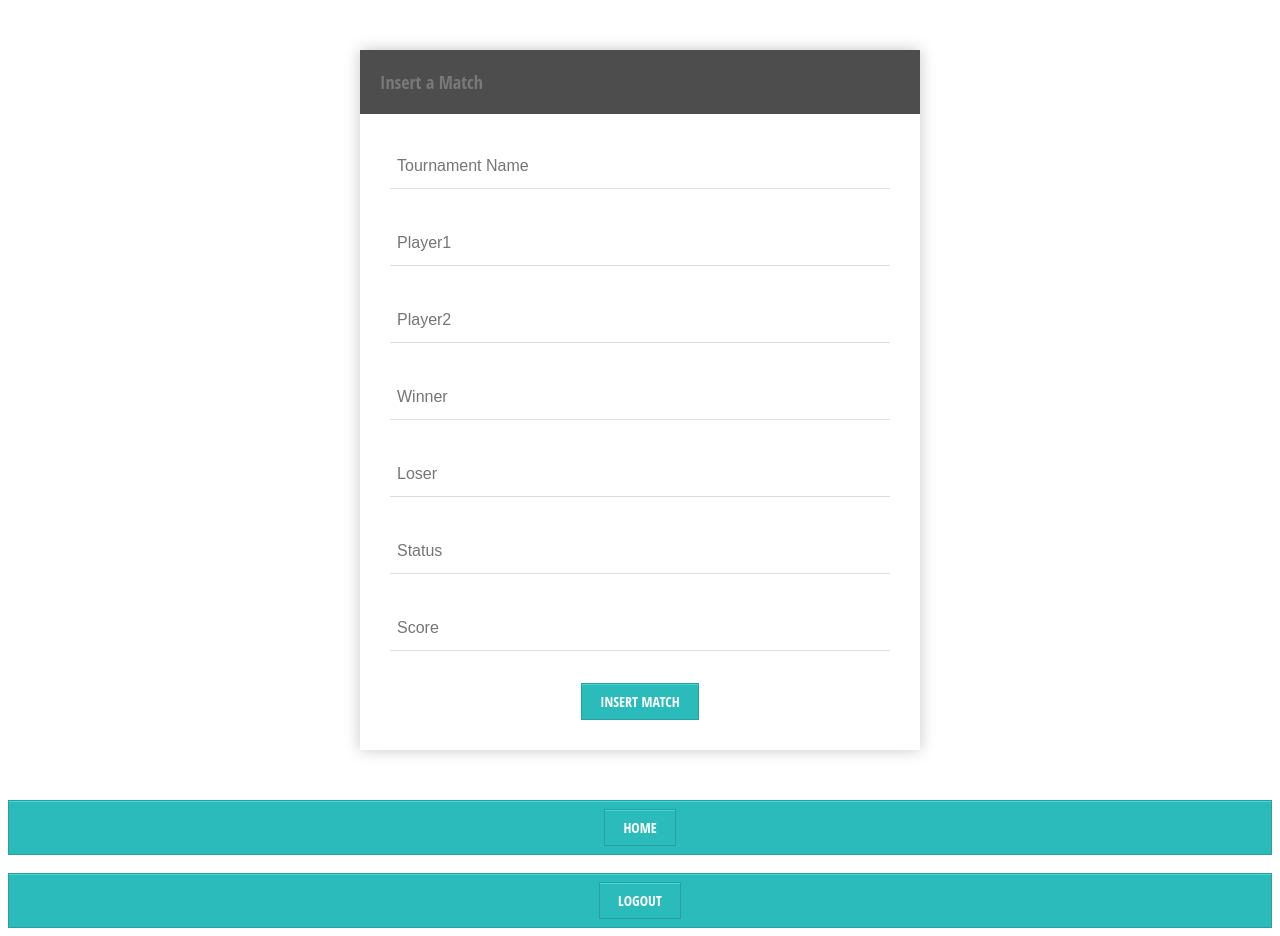
Repository: prm2711/javaapps
Page: http://localhost/Tournament/insertmatch.jsp
The author's editor kept a copy of each file at every save. The page is drawn from the files as they stood at one save, then again after the next save.
The browser window is 1280 px wide. The pictures show the whole page.
The page is served by Tomcat 9. Nobody is signed in. The application's start-up code is not run.

Above is the page before, as saved 2018-01-23 06:38:44.

After the next save:
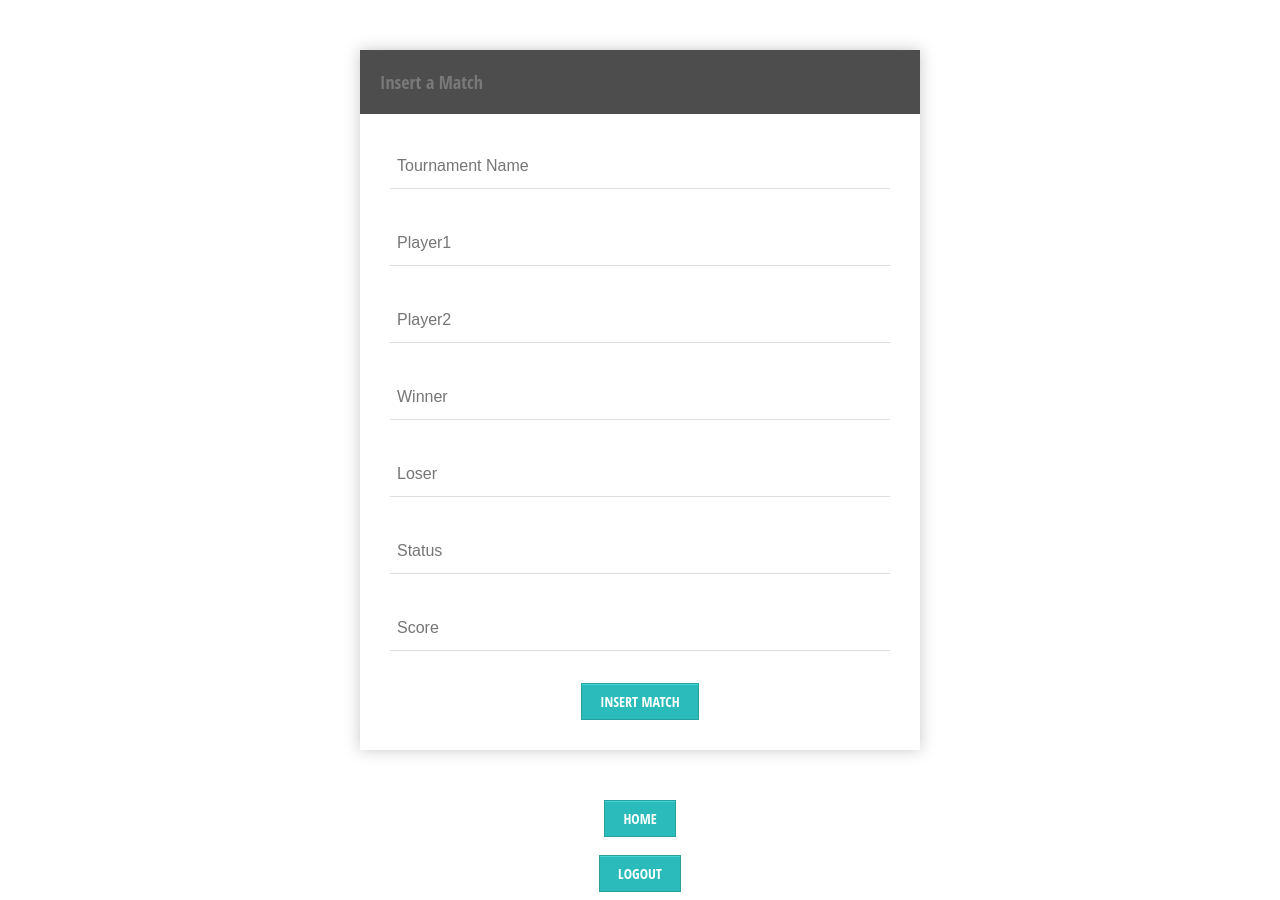
Saved 74 s later.
--- a/eclipse-workspace/Tournament/WebContent/insertmatch.jsp
+++ b/eclipse-workspace/Tournament/WebContent/insertmatch.jsp
@@ -20,11 +20,11 @@
 			type="text" name="score" placeholder="Score" /><br> <input
 			class="submitButton" type="submit" value="Insert Match">
 	</form>
-	<form method="post" action="home.jsp" class="homeButton">
-		<input class="submitButton" type="submit" value="Home">
+	<form method="post" action="home.jsp">
+		<input type="submit" value="Home"  class="homeButton">
 	</form><br>
-	<form method="post" action="LogoutServlet" class="logoutButton">
-		<input class="submitButton" type="submit" value="Logout">
+	<form method="post" action="LogoutServlet" >
+		<input type="submit" value="Logout" class="logoutButton">
 	</form>
 </body>
 </html>
